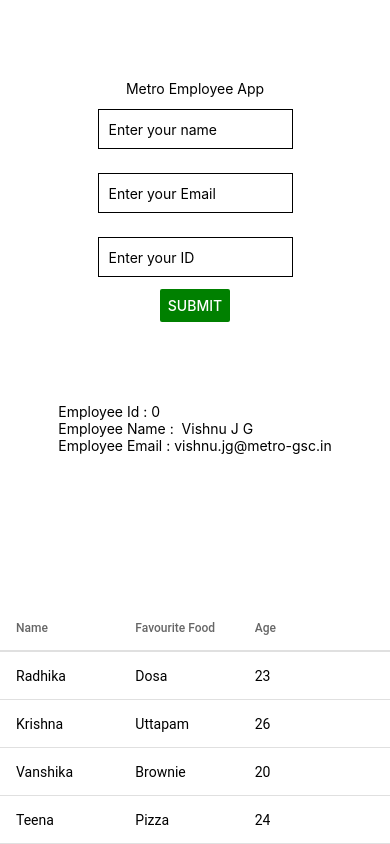
Repository: VishnuJG/Metro-Employee-App
Screen: /
These files come from the project's save history. The screen is drawn as it stood at one moment and after the next save; the edit follows.
The app was drawn by React Native's web renderer in a window 390 px wide. The project was rebuilt for these pictures with package versions that can differ from the ones it lists, and the page was loaded fresh each time.

Above is the screen before, as saved 2022-06-28 14:36:59.

After the next save:
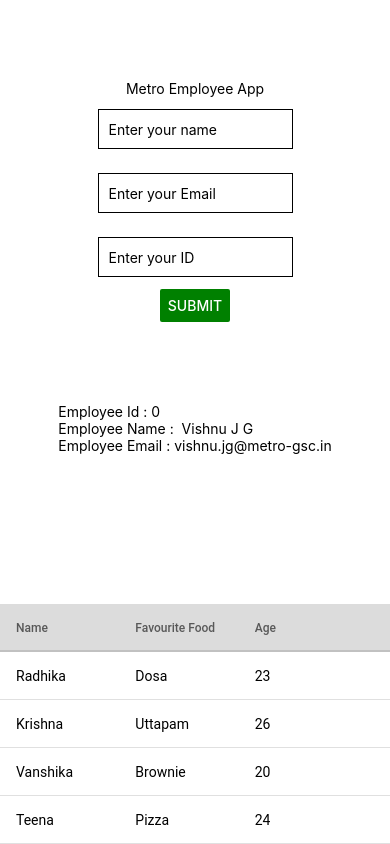
Saved 18 s later.
--- a/App.js
+++ b/App.js
@@ -119,5 +119,8 @@ const styles = StyleSheet.create({
     width:'50%',
     padding: 10,
   },
+  tableHeader: {
+    backgroundColor: '#DCDCDC',
+  },
 
 });
